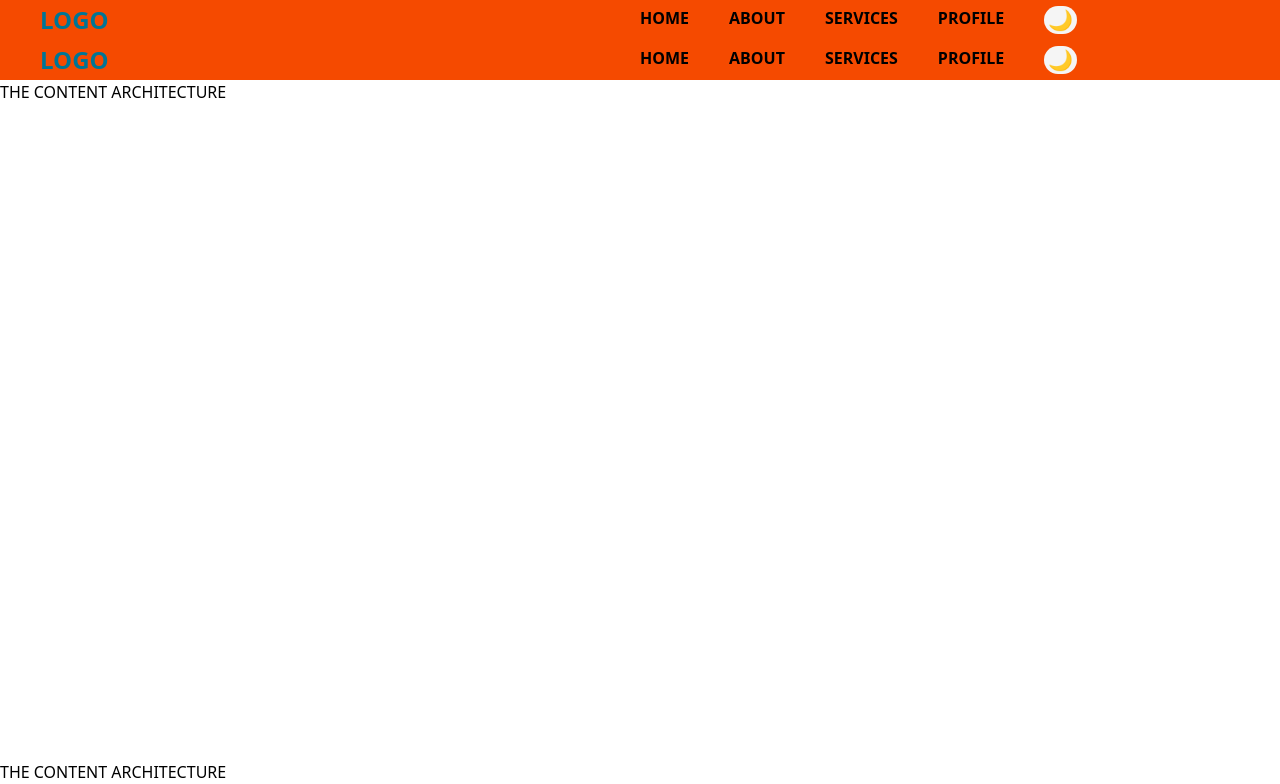
Repository: ajay-maurya-dev/Login
Page: /
An editor plug-in stored every save of this project. The page is shown before and after a run of saves, followed by the edit.
The browser window is 1280 px wide. The pictures show the whole page.
The project was rebuilt for these pictures with package versions that can differ from the ones it lists, and the page was loaded fresh each time. Also part of the build but not shown: vite.config.js.

Above is the page before, as saved 2026-10-23 23:52:10.

### index.html
<!doctype html>
<html lang="en">
  <head>
    <meta charset="UTF-8" />
    <link rel="icon" type="image/svg+xml" href="/favicon.svg" />
    <meta name="viewport" content="width=device-width, initial-scale=1.0" />
    <title>homepage</title>
  </head>
  <body>
    <div id="root"></div>
    <script type="module" src="/src/main.jsx"></script>
  </body>
</html>

### src/main.jsx
import { StrictMode } from 'react'
import { createRoot } from 'react-dom/client'
import './index.css'
import App from './App.jsx'
import Navbar from './components/Navbar.jsx'
import Footer from './components/footer.jsx'

createRoot(document.getElementById('root')).render(
  <StrictMode>
    <Navbar/>
    <App />
    <Footer/>
  </StrictMode>,
)

### src/App.jsx
import Footer from "./components/footer";
import Navbar from "./components/Navbar";

function App() {
  return (
    <div className="h-screen w-screen dark:bg-black dark:text-white">
      <Navbar/>
      <Footer/>
    </div>
  );
}

export default App;

### src/components/Navbar.jsx

import Dark from "./Dark";

function Navbar() {


  return (
    <nav className="flex md:flex-row md:items-center md:h-10 md:w-full px-10 dark:bg-black dark:text-white md:bg-orange-600 sm:h-full sm:flex-col sm:w-4/7 sm:items-start sm:bg-amber-600">
      <div className=" flex-1 text-2xl text-cyan-700 font-extrabold">LOGO</div>
      <div className="flex flex-1 gap-10 test-2xl font-bold md:flex-row sm:flex-col ">
        <h3 className="cursor-pointer hover:text-cyan-500 active:scale-95 ">
          HOME
        </h3>
        <h3 className="cursor-pointer hover:text-cyan-500 active:scale-95">
          ABOUT
        </h3>
        <h3 className="cursor-pointer hover:text-cyan-500 active:scale-95">
          SERVICES
        </h3>
        <h3 className="cursor-pointer hover:text-cyan-500 active:scale-95">
          PROFILE
        </h3>
        <Dark/>
      </div>
    </nav>
  );
}

export default Navbar;

### src/components/footer.jsx


function Footer() {
  return (
    <div>
        <footer>
            <h1>THE CONTENT ARCHITECTURE</h1>
        </footer>
    </div>
  )
}

export default Footer

### src/components/Dark.jsx
import { useState, useEffect } from "react";

export default function Dark() {
  const [isDark, setIsDark] = useState(false);

  // Sync the true/false state to the HTML document tag
  useEffect(() => {
    const root = window.document.documentElement;
    if (isDark) {
      root.classList.add("dark");
    } else {
      root.classList.remove("dark");
    }
  }, [isDark]);

  return (
    <button
      className="px-1 text-xl rounded-full bg-neutral-100 dark:bg-neutral-800 transition-colors duration-200"
      onClick={() => setIsDark((prev) => !prev)}
    >
      {isDark ? "☀️" : "🌙"}
    </button>
  );
}

Loaded but not shown: src/index.css (common file)

After the next 3 saves:
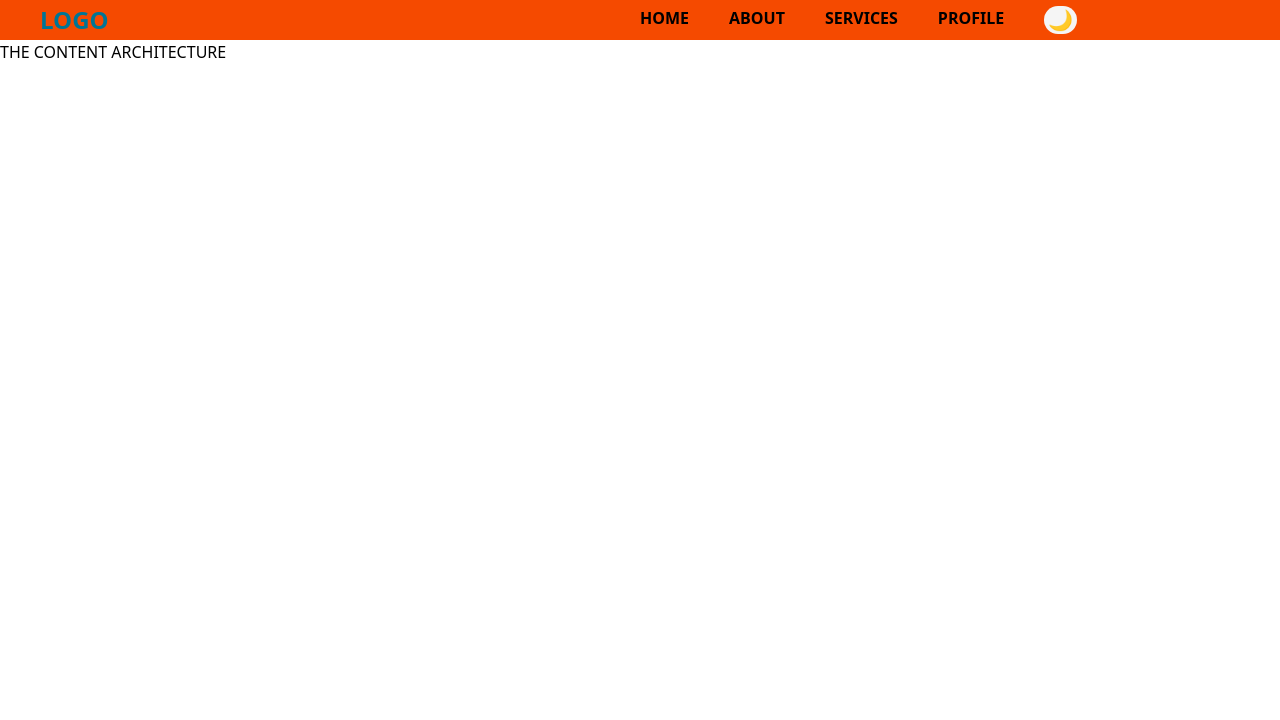
The 3 saves are shown as one change because they came seconds apart.
The last was saved 12 s later.
--- a/src/main.jsx
+++ b/src/main.jsx
@@ -7,8 +7,6 @@ import Footer from './components/footer.jsx'
 
 createRoot(document.getElementById('root')).render(
   <StrictMode>
-    <Navbar/>
     <App />
-    <Footer/>
   </StrictMode>,
 )
